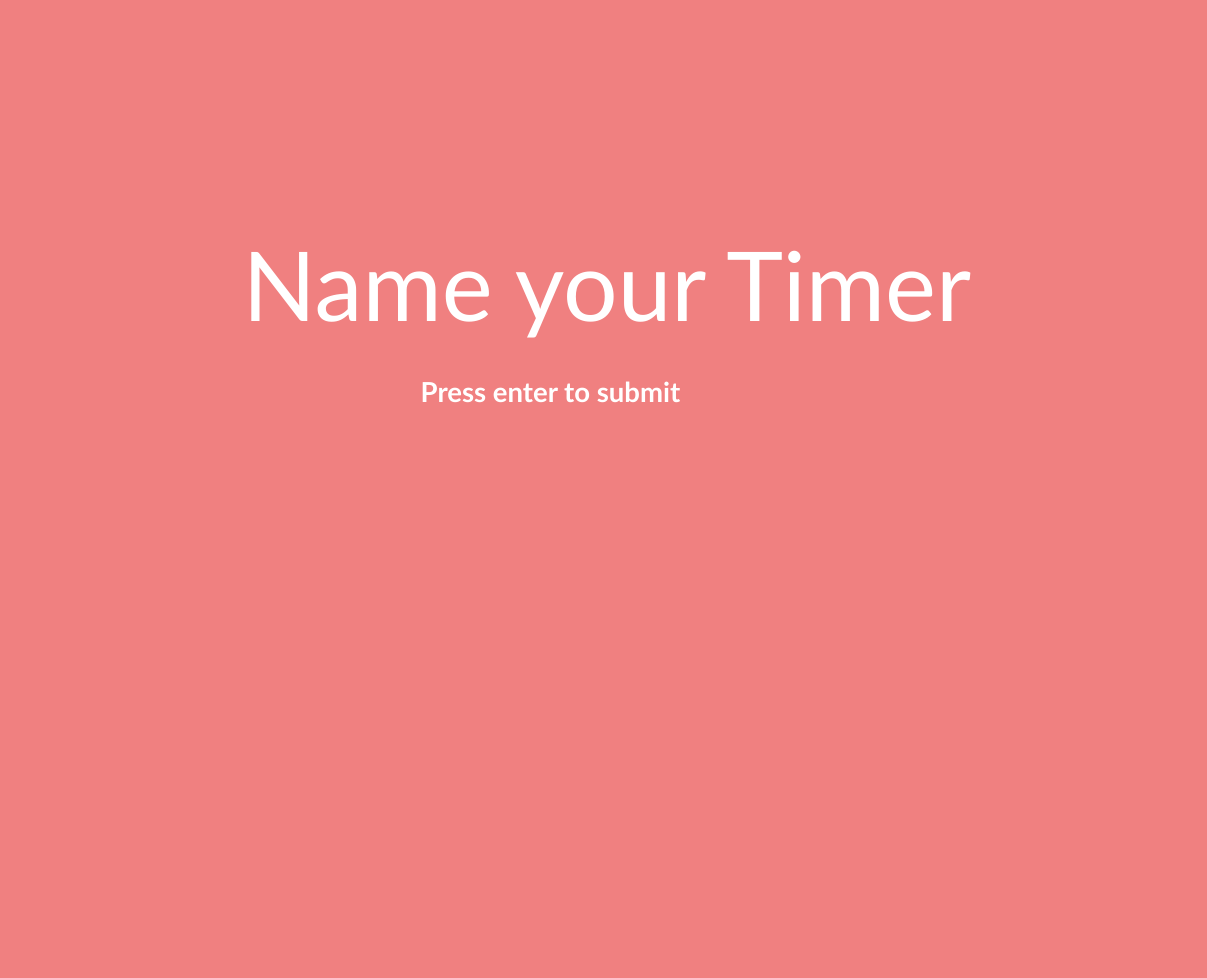
Repository: notMaximilian/countdown-timer
Page: index.html
An editor plug-in stored every save of this project. The page is shown before and after the next save, followed by the edit.
The browser window is 1280 px wide. The page is 1403 px wide, so the pictures cover 1403 px, including what lies to the right of the window. The pictures show the whole page, at 86% of full size.

Above is the page before, as saved 2021-12-24 23:22:47.

### index.html
<html lang="en">
    <head>
        <meta charset="utf-8"/>
        <title>Christmas Countdown</title>
        <link rel="stylesheet" href="styles.css"/>
    </head>

         <form id="form-title" onsubmit="return false;">
            <input onkeyup="setTitle()" onchange="setTitle()" name="title" class="title-text" id="title-text" type="text" value="Name your Timer">
            <input id="submit" class="hidden-submit" type="submit" onclick="hideForm()">
         </form>
         <h1 id="title-desc"></h1>

         <form id="form-month" onsubmit="return false;">
            <input name="month" class="title-text" id="month-text" type="text" value="Enter the date">
            <input id="submit" class="hidden-submit" type="submit" onclick="hideMonth()">
         </form>

        <h1 id="final-title" class="title-text"></h1>
        <h1 id="time-left"></h1>
        <script src="app.js"></script>
        <div id="snow" />
    </body>
</html>

### styles.css
body{
    background-color: lightcoral;
    text-align: center;
    color:#ffffff;
    font-family: 'Trebuchet MS', 'Lucida Sans Unicode', 'Lucida Grande', 'Lucida Sans', Arial, sans-serif;
}

h1 { padding:0; margin:0; }

.hidden-submit
{
  visibility: hidden;
}

.title-text{
    background: rgba(0, 151, 19, 0);
    margin-top: 20%;
    font-size: 700%;
    text-align: center;
    border: 0px none;
    font-family: 'Trebuchet MS', 'Lucida Sans Unicode', 'Lucida Grande', 'Lucida Sans', Arial, sans-serif;
    color:#ffffff;
}

#month-text{
  visibility: hidden;
}

#time-left{
    font-size:  250%;
}

#submit{
  opacity: 50;
}

.editor-stage #snow {
    height:50px;
    background: #fff;
  }
  #snow{
    visibility: hidden;
    position:fixed;
    pointer-events:none;
    top:0;
    left:0;
    right:0;
    bottom:0;
    height:100vh;
    background: none;
    background-image: url('https://s3-eu-west-1.amazonaws.com/static-ressources/s1.png'), url('https://s3-eu-west-1.amazonaws.com/static-ressources/s2.png'), url('https://s3-eu-west-1.amazonaws.com/static-ressources/s3.png');
    z-index:100;
    -webkit-animation: snow 10s linear infinite;
    -moz-animation: snow 10s linear infinite;
    -ms-animation: snow 10s linear infinite;
    animation: snow 10s linear infinite;
  }
  @keyframes snow {
    0% {background-position: 0px 0px, 0px 0px, 0px 0px;}
    50% {background-position: 500px 500px, 100px 200px, -100px 150px;}
    100% {background-position: 500px 1000px, 200px 400px, -100px 300px;}
  }
  @-moz-keyframes snow {
    0% {background-position: 0px 0px, 0px 0px, 0px 0px;}
    50% {background-position: 500px 500px, 100px 200px, -100px 150px;}
    100% {background-position: 400px 1000px, 200px 400px, 100px 300px;}
  }
  @-webkit-keyframes snow {
    0% {background-position: 0px 0px, 0px 0px, 0px 0px;}
    50% {background-position: 500px 500px, 100px 200px, -100px 150px;}
    100% {background-position: 500px 1000px, 200px 400px, -100px 300px;}
  }
  @-ms-keyframes snow {
    0% {background-position: 0px 0px, 0px 0px, 0px 0px;}
    50% {background-position: 500px 500px, 100px 200px, -100px 150px;}
    100% {background-position: 500px 1000px, 200px 400px, -100px 300px;}
  }

### app.js
var titleText = ""
var month = ""
var day = ""
var year = "2021"
let date = new Date()

let months = {
    'jan':'1',
    'feb':'2',
    'mar':'3',
    'apr':'4',
    'may':'5',
    'jun':'6',
    'jul':'7',
    'aug':'8',
    'sep':'9',
    'oct':'10',
    'nov':'11',
    'dec':'12',
};

function isNum(val){
    return !isNaN(val)
  }

function timer() {
    //Countdown timer
    const timeLeft = document.getElementById('time-left')
    let setTitle = document.getElementById('final-title')
    setTitle.innerHTML = titleText

    let timerId;
    //Units of time
    const second = 1000
    const minute = second * 60
    const hour = minute * 60
    const day = hour * 24

    let xmas = /Christmas/
    if (xmas.test(titleText)){
        var snow = document.getElementById('snow')
        snow.style.visibility = 'visible'
        document.body.style.background = "lightcoral"
    }

    function countdown(){
        const today = new Date();
        const timeSpan = date - today;

        if(timeSpan <= -day){
            timeLeft.innerHTML("I hope you had a Merry Christmas!!!")
            clearInterval(timerId)
            return
        }

        if (timeSpan <= 0){
            timeLeft.innerHTML("Merry Christmas!!!")
            clearInterval(timerId)
            return
        }

        const days = Math.floor(timeSpan / day)
        const hours = Math.floor((timeSpan % day) / hour)
        const minutes = Math.floor((timeSpan % hour) / minute)
        const seconds = Math.floor((timeSpan % minute) / second)

        timeLeft.innerHTML = days + " days " + hours + " hrs " + minutes + " min " + seconds + " seconds"

    }
    timerId = setInterval(countdown, second)
}

const desc = document.getElementById('title-desc')
desc.innerHTML = ("Press enter to submit")

function setTitle(){
    titleText = document.getElementsByName("title")[0].value;
    console.log(titleText)
}

function hideForm(){
    var hideMe = document.getElementById('title-text');
    hideMe.style.display = 'none';
    desc.style.display = 'none'
    var monthText = document.getElementById('month-text')
    monthText.style.visibility = 'visible'
}

function setDate(){
    date = document.getElementsByName("month")[0].value;
    date = date.toLowerCase()

    if (isNum(date.charAt(0)) == false){
        var monthAbv = date.substring(0, 3)
        if (months.hasOwnProperty(monthAbv)){
            month = months[monthAbv]
        }
    }

    for (let x = 3; x < date.length; x++){
        if (isNum(date.charAt(x))){
            if(isNum(date.charAt(x + 1))){
                day = date.charAt(x+1) + date.charAt(x+2)
                break;
            }
            else{
                day = date.charAt(x+1)
                break;
            }
        }
    }
    var parsedDate = month + '/' + day + '/' + year
    date = new Date(parsedDate)
    timer()
}

function hideMonth(){
    hideMe = document.getElementById('month-text');
    hideMe.style.display = 'none';
    setDate()
}

After the next save:
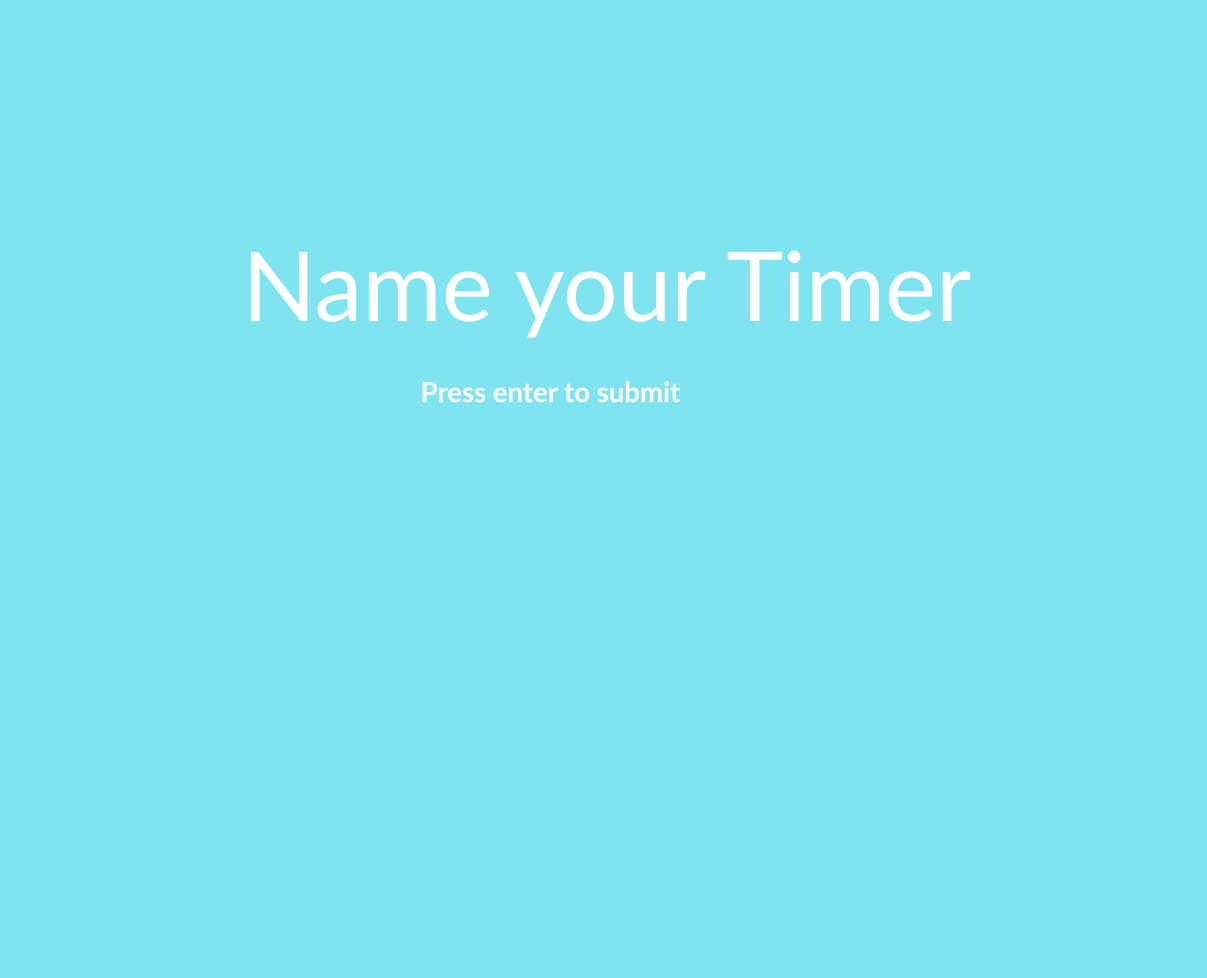
Saved 3 s later.
--- a/styles.css
+++ b/styles.css
@@ -1,5 +1,5 @@
 body{
-    background-color: lightcoral;
+    background-color: rgb(128, 227, 240);
     text-align: center;
     color:#ffffff;
     font-family: 'Trebuchet MS', 'Lucida Sans Unicode', 'Lucida Grande', 'Lucida Sans', Arial, sans-serif;
